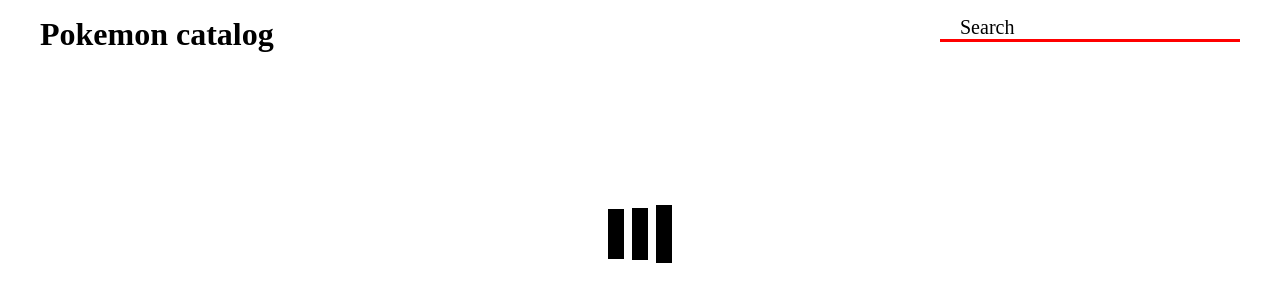
Repository: Ryszard-Penkala/pokemon-API
Page: index.html
These files come from the project's save history. The page is drawn as it stood at one moment and after the next save; the edit follows.
The browser window is 1280 px wide. The pictures show the whole page.
The page's requests for data from a server got no answer.

Above is the page before, as saved 2020-06-29 06:22:31.

### index.html
<!DOCTYPE html>
<html lang="en">
<head>
    <meta charset="UTF-8">
    <meta name="viewport" content="width=device-width, initial-scale=1.0">
    <link href="https://fonts.googleapis.com/css2?family=Lato:wght@400;700&amp;display=swap" rel="stylesheet">
    <link rel="stylesheet" href="assets/styles/styles.css">
    <title>Pokemon API</title>
</head>
<body>
    <main class="pokemon-app">
        <header class="header-main pokemon-app__header">
            <div class="header-main__catalog">
                <h1 class="header-main__heading">Pokemon catalog</h1>
            </div>
            <div class="header-main__search-bar">
                <input class="header-main__searching header-main__searching--active" type="text" name="search" id="search" placeholder="Search" autocomplete="off">
                <label for="search" class="header-main__search-label">Search</label>
            </div>
        </header>
        <section class="section-main pokemon-app__section" data-content>
            <p class="section-main__info hidden" data-info>There are no results</p>

        </section>
        <footer class="footer-main pokemon-app__footer">
            <div class="footer-main__load-bar">
                <button class="footer-main__load-button" data-load-button>Load more</button>
                <div class="footer-main__loader hidden" data-loader><div></div><div></div><div></div></div>
            </div>

        </footer>
    </main>


    <script src="assets/js/script.js"></script>
    <script>
        const Catalog = new pokemonAPICatalog();
        Catalog.init();
    </script>
</body>
</html>

### assets/styles/styles.css
:root{
  --primary-color: #e14318;
  --primary-color-light: #fdce10;
  --secondary-color: #ee8328;
  --secondary-color-light: #eedd7a;
  --tertiary-color: #207394;
}

*, *::before, *::after{
    margin: 0;
    padding: 0;
    box-sizing: border-box;
}
.body{
    display: flex;
    font-family: "Lato", sans-serif;
}

.pokemon-app{
    max-width: 1200px;
    margin: 0 auto;
}

.pokemon-app__section{
  padding-top: 20px;
}

.header-main{
    display: flex;
    justify-content: space-between;
    padding: 1rem 0;
}

.header-main__catalog{
    display: inline-block;
}

.header-main__heading{
  color: var(--primary-color: #e14318);
}

.header-main__search-bar{
    display: flex;
    flex-direction: column;
}

.header-main__searching{
  border: none;
  width: 300px;
  font-size: 20px;
  border-bottom: 3px solid red;
  font-family: inherit;

}

.header-main__searching::placeholder{
  color: #000;
  padding-left: 20px;
}

.header-main__searching:focus{
  outline: none;
  border-bottom: 3px solid yellow;
}

.header-main__search-label{
  padding-left: 20px;
  margin-top: 5px;
  font-size: 20px;
  width: 300px;
  transition: opacity 0.5s, visibility 0.5s, transform 0.5s;
}

.header-main__searching:placeholder-shown + .header-main__search-label{
  opacity: 0;
  visibility: hidden;
  transform: translateY(-40px);
}

.section-main{
    display: grid;
    grid-gap: 25px;
    grid-template-columns: repeat(auto-fit, minmax(250px, 1fr));
}

.section-main__info{
  margin: auto;
  font-size: 26px;
  color: #000;
}
.section-main__card{
    width: 250px;
    margin: 0 auto;
}
.card__header{
    display: flex;
    justify-content: space-between;
    line-height: 24px;
}

.card__name{
    font-size: 24px;
}

.card__image{
    width: 250px;
}

.card--bold{
    font-weight: 700;
}

.footer-main__load-button{
  display: block;
  margin: 5rem auto;
  height: 5rem;
  width: 20rem;
  font-size: 24px;
  border: 5px solid;
  cursor: pointer;
}

.footer-main__load-button:hover{
  color: white;
  background-color: black;
  border: 5px solid black;
}

.footer-main__loader {
    display: block;
    position: relative;
    width: 80px;
    height: 5rem;
    margin: 5rem auto;
  }
  .footer-main__loader div {
    display: inline-block;
    position: absolute;
    left: 8px;
    width: 16px;
    background: #000;
    animation: footer-main__loader 1.2s cubic-bezier(0, 0.5, 0.5, 1) infinite;
  }
  .footer-main__loader div:nth-child(1) {
    left: 8px;
    animation-delay: -0.24s;
  }
  .footer-main__loader div:nth-child(2) {
    left: 32px;
    animation-delay: -0.12s;
  }
  .footer-main__loader div:nth-child(3) {
    left: 56px;
    animation-delay: 0;
  }
  @keyframes footer-main__loader {
    0% {
      top: 8px;
      height: 5rem;
    }
    50%, 100% {
      top: 24px;
      height: 3rem;
    }
  }

.hidden{
    display: none;
    background-color: green;
  }

### assets/js/script.js
class pokemonAPICatalog {
    constructor() {
        this.catalog = null;
        this.cards = [];
        this.newCards = [];
        this.page = 1;

        this.content = null;
        this.loadButton = null;
        this.loader = null;
        this.search = null;
        this.card = null;
        this.info = null;

        this.API = "https://api.pokemontcg.io";
        this.API_VERSION= "v1";
        this.API_RESOURCE = "cards?pageSize=4&page=2";
        this.API_PAGE_SIZE = "pageSize=4"
        this.API_PAGE = "page="

        this.API_ENDPOINT = `${this.API}/${this.API_VERSION}/${this.API_RESOURCE}?${this.API_PAGE_SIZE}&${this.API_PAGE}${this.page}`;

        this.UiSelectors = {
            content : `[data-content]`,
            loadButton : `[data-load-button]`,
            loader : `[data-loader]`,
            search : `search`,
            card : `[data-card]`,
            info : `[data-info]`,
        }
    }
    init(){
        this.catalog = document.querySelector(this.UiSelectors.content);
        this.loadButton = document.querySelector(this.UiSelectors.loadButton);
        this.loader = document.querySelector(this.UiSelectors.loader);
        this.search = document.getElementById(this.UiSelectors.search);
        this.info = document.querySelector(this.UiSelectors.info);
        this.pullCards(this.API_ENDPOINT);
        this.loadButton.addEventListener("click",()=>{
            this.updateAPI_ENDPOINT();
            this.pullCards(this.API_ENDPOINT);
        });
        this.search.addEventListener("keyup", () => this.searchCards());
    }

    updateAPI_ENDPOINT(){
        this.page ++;
        this.API_ENDPOINT = `${this.API}/${this.API_VERSION}/${this.API_RESOURCE}?${this.API_PAGE_SIZE}&${this.API_PAGE}${this.page}`;
    }

    updateClassList(){
        this.loadButton.classList.toggle('hidden');
        this.loader.classList.toggle('hidden');
    }

    async pullCards(url){
        this.updateClassList();
        const { cards } = await this.fetchData(url)
        this.cards.push(...cards);
        this.newCards = [...cards];
        this.addCards(this.newCards);
        this.updateClassList();
    }


    async fetchData(url){
        const response = await fetch(url);
        const parsedResponse = await response.json();

        return parsedResponse;
    }

    addCards(cards){
        this.newCards.map(card => {
            this.catalog.insertAdjacentHTML("beforeend", this.drawCard(card))
        });
    }

    drawCard(card){
        return(
            `<span class="section-main__card" id=${card.id} data-card>
                <header class="card__header">
                    <span class="card__name card--bold">${card.name}</span>
                    <span class="card__id">Nr: ${card.number}</span>
                </header>
                <img src=${card.imageUrl} class="card__image">
                <footer class="card_footer">
                    <div class="card__supertype">
                        <span class="card__supertype card--bold">Supertype : </span>
                        ${card.supertype}
                    </div>
                    <div class="card__subtype ${card.subtype ? '' : ` hidden`}">
                        <span class="card__subtype card--bold">Subtype : </span>
                        ${card.subtype}
                    </div>
                    <div class="card__rarity" ${card.rarity ? '' : ' hidden'}>
                        <span class="card__rarity card--bold">Rarity : </span>
                        ${card.rarity}
                    </div>
                </footer>
            </span>`
        )
    }

    searchCards(){
        const searchValue = this.search.value.toLowerCase();

        searchValue.length
        ? this.loadButton.classList.add(`hidden`)
        : this.loadButton.classList.remove(`hidden`);

        document.querySelectorAll(this.UiSelectors.card).forEach((el) => {
            return el.classList.remove('hidden');
        });

        const filteredCards = this.cards.filter(
            ({ name }) => !name.toLowerCase().includes(searchValue),
        );

        filteredCards.length === this.cards.length
        ? this.info.classList.remove(`hidden`)
        : this.info.classList.add(`hidden`);

        filteredCards.forEach(({ id }) => {
            document.getElementById(id).classList.add(`hidden`)
        });
    }
}

After the next save:
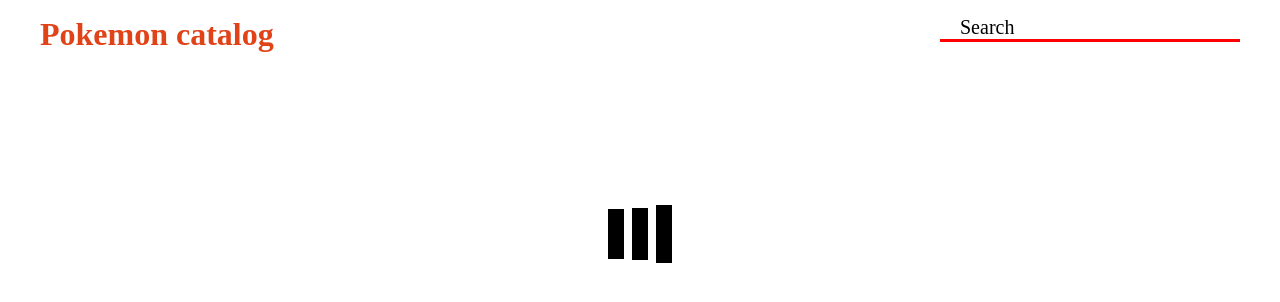
Saved 16 s later.
--- a/assets/styles/styles.css
+++ b/assets/styles/styles.css
@@ -36,7 +36,7 @@
 }
 
 .header-main__heading{
-  color: var(--primary-color: #e14318);
+  color: var(--primary-color);
 }
 
 .header-main__search-bar{
